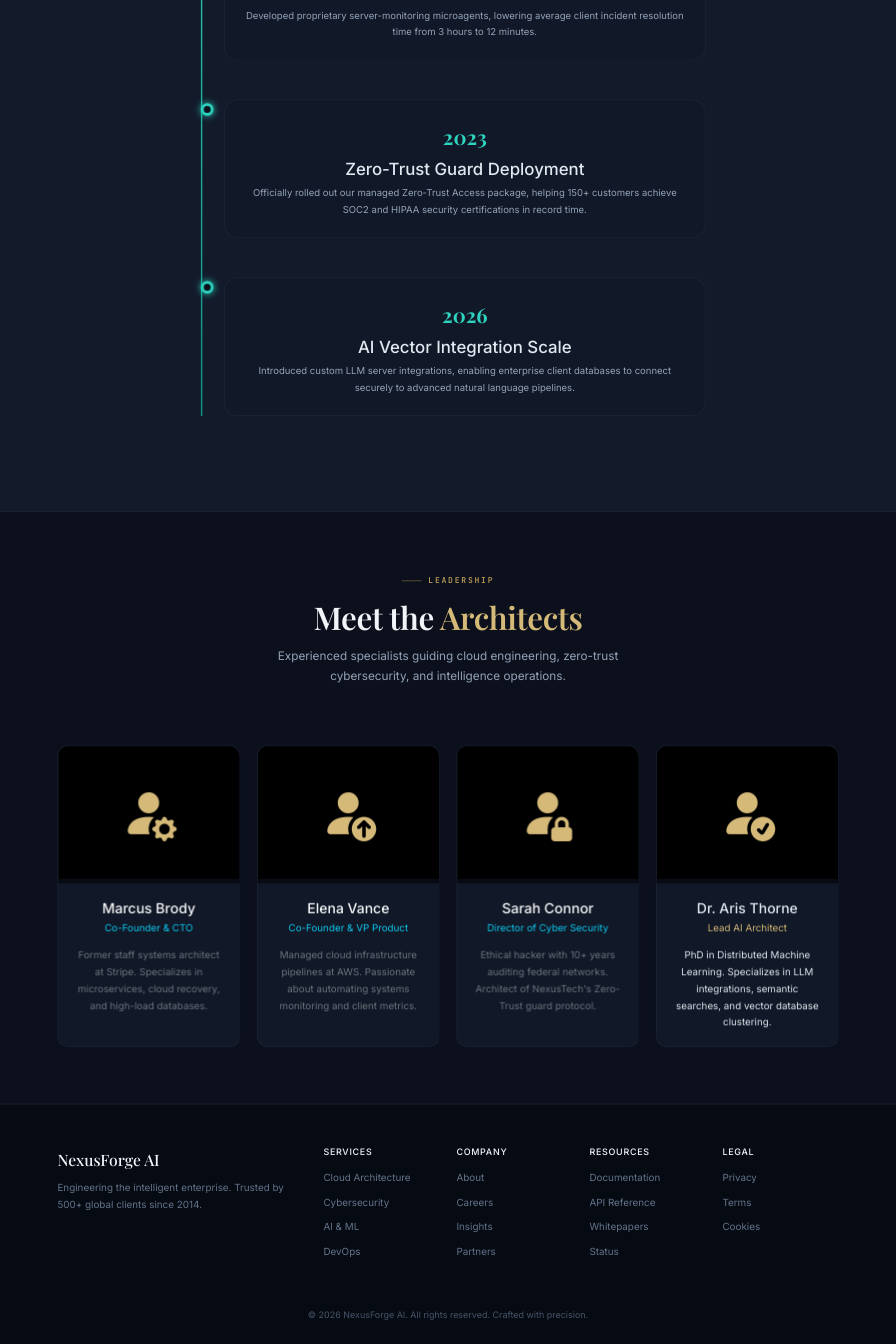
Repository: ruzni-dev/project-showcase
Page: pages/52-IT-Solutions-Website/pages/about.html
An editor plug-in stored every save of this project. The page is shown before and after the next save, followed by the edit.
The browser window is 1280 px wide. The pictures show the part of the page from y = 1405 to 3325 px (the page is 3325 px tall), at 70% of full size.
Some web fonts or font styles are not loaded; a fallback is used.

Above is the page before, as saved 2026-05-24 23:26:33.

### pages/52-IT-Solutions-Website/pages/about.html
<!DOCTYPE html>
<html lang="en">
<head>
    <meta charset="UTF-8">
    <meta name="viewport" content="width=device-width, initial-scale=1.0">
    <title>NexusForge AI — Premium IT Solutions & Intelligent Automation</title>
    <link rel="icon" type="image/svg+xml" href="../assets/images/favicon.svg">
    <link rel="apple-touch-icon" href="../assets/images/favicon.svg">

    <!-- Bootstrap 5.3 CSS -->
    <link href="https://cdn.jsdelivr.net/npm/bootstrap@5.3.2/dist/css/bootstrap.min.css" rel="stylesheet">
    <!-- Bootstrap Icons -->
    <link href="https://cdn.jsdelivr.net/npm/bootstrap-icons@1.11.3/font/bootstrap-icons.css" rel="stylesheet">
    <!-- Google Fonts: Premium Typography -->
    <link href="https://fonts.googleapis.com/css2?family=Inter:wght@300;400;500;600;700;800;900&family=Playfair+Display:ital,wght@0,500;0,600;0,700;1,500&family=JetBrains+Mono:wght@400;500;600&display=swap" rel="stylesheet">
    <!-- AOS Animation -->
    <link href="https://unpkg.com/aos@2.3.1/dist/aos.css" rel="stylesheet">
    <!-- Custom Theme CSS -->
    <link href="../assets/css/style.css" rel="stylesheet">
</head>
<body>

    <!-- ==================== NAVBAR ==================== -->
    <nav class="navbar navbar-expand-lg fixed-top" id="mainNav">
        <div class="container">
            <a class="navbar-brand" href="../index.html">
                <div class="brand-mark"><i class="bi bi-cpu-fill"></i></div>
                <span>NexusForge AI</span>
            </a>
            <button class="navbar-toggler" type="button" data-bs-toggle="collapse" data-bs-target="#navContent">
                <span class="navbar-toggler-icon"></span>
            </button>
            <div class="collapse navbar-collapse" id="navContent">
                <ul class="navbar-nav mx-auto mb-2 mb-lg-0 gap-1">
                    <li class="nav-item"><a class="nav-link" href="../index.html" data-page="home">Home</a></li>
                    <li class="nav-item"><a class="nav-link active" href="about.html#about" data-page="about">About</a></li>
                    <li class="nav-item"><a class="nav-link" href="services.html" data-page="services">Services</a></li>
                    <li class="nav-item"><a class="nav-link" href="portfolio.html" data-page="portfolio">Portfolio</a></li>
                    <li class="nav-item"><a class="nav-link" href="ai-solutions.html" data-page="ai-solutions">AI Solutions</a></li>
                    <li class="nav-item"><a class="nav-link" href="contact.html" data-page="contact">Contact</a></li>
                </ul>
                <a href="#contact" class="btn-nav">Start a Project <i class="bi bi-arrow-right ms-1"></i></a>
            </div>
        </div>
    </nav>

    <!-- ==================== PAGE 2: ABOUT ==================== -->
    <section class="page-section dark-page" id="about">
        <div class="container">
            <div class="row align-items-center g-5">
                <div class="col-lg-5" data-aos="fade-right" data-aos-duration="900">
                    <span class="section-eyebrow">Our Story</span>
                    <h2 class="section-title">A decade of <span class="accent">excellence</span> in technology consulting</h2>
                    <p class="section-subtitle">
                        Founded in 2014 by a team of MIT and Stanford engineers, NexusForge AI has grown from a boutique consultancy into a global technology partner. We combine deep technical expertise with strategic vision to solve the most complex challenges.
                    </p>
                    <div class="d-flex gap-4 mt-4 flex-wrap">
                        <div><strong style="font-size:1.6rem;color:#f1f5f9;">280+</strong><br><small style="color:var(--slate-500);">Engineers & Data Scientists</small></div>
                        <div><strong style="font-size:1.6rem;color:#f1f5f9;">12</strong><br><small style="color:var(--slate-500);">Global Offices</small></div>
                        <div><strong style="font-size:1.6rem;color:#f1f5f9;">40+</strong><br><small style="color:var(--slate-500);">Countries Served</small></div>
                    </div>
                </div>
                <div class="col-lg-7" data-aos="fade-left" data-aos-duration="1000">
                    <div class="row g-3">
                        <div class="col-6">
                            <div style="background:var(--bg-card);border:1px solid var(--border-subtle);border-radius:var(--radius-md);padding:20px;text-align:center;">
                                <i class="bi bi-trophy-fill" style="font-size:2rem;color:var(--gold);"></i>
                                <h6 class="mt-2" style="color:#f1f5f9;">Forbes Tech Council</h6>
                                <small style="color:var(--slate-500);">Member since 2019</small>
                            </div>
                        </div>
                        <div class="col-6">
                            <div style="background:var(--bg-card);border:1px solid var(--border-subtle);border-radius:var(--radius-md);padding:20px;text-align:center;">
                                <i class="bi bi-shield-check-fill" style="font-size:2rem;color:var(--teal);"></i>
                                <h6 class="mt-2" style="color:#f1f5f9;">ISO 27001 Certified</h6>
                                <small style="color:var(--slate-500);">Security Excellence</small>
                            </div>
                        </div>
                        <div class="col-6">
                            <div style="background:var(--bg-card);border:1px solid var(--border-subtle);border-radius:var(--radius-md);padding:20px;text-align:center;">
                                <i class="bi bi-award-fill" style="font-size:2rem;color:var(--gold-light);"></i>
                                <h6 class="mt-2" style="color:#f1f5f9;">Gartner Recognized</h6>
                                <small style="color:var(--slate-500);">AI Consultancy Leader</small>
                            </div>
                        </div>
                        <div class="col-6">
                            <div style="background:var(--bg-card);border:1px solid var(--border-subtle);border-radius:var(--radius-md);padding:20px;text-align:center;">
                                <i class="bi bi-globe2" style="font-size:2rem;color:var(--teal);"></i>
                                <h6 class="mt-2" style="color:#f1f5f9;">Global Delivery</h6>
                                <small style="color:var(--slate-500);">24/7 Operations</small>
                            </div>
                        </div>
                    </div>
                </div>
            </div>
        </div>
    </section>

    <!-- Company History Timeline -->
    <section class="page-section elevated-page" id="about">
        <div class="container" id="history">
            <div class="section-header-centered" data-aos="fade-up">
                <span class="section-eyebrow">Milestones</span>
                <h2 class="section-title">Our <span class="accent-teal">Journey</span></h2>
                <p class="section-subtitle">From a shared home office to scaling worldwide digital systems.</p>
            </div>
            <div class="row justify-content-center mt-5">
                <div class="col-lg-8">
                    <div class="timeline">
                        <div class="timeline-item" data-aos="zoom-in" data-aos-delay="0">
                            <div class="timeline-dot"></div>
                            <div class="ai-tool-card-premium">
                                <div class="timeline-year">2019</div>
                                <h4>Founded in San Francisco</h4>
                                <p>
                                    Started by Marcus Brody and Elena Vance as a specialized consulting agency troubleshooting server load crashes for early-stage fintech products.
                                </p>
                            </div>
                        </div>
                        <div class="timeline-item" data-aos="zoom-in" data-aos-delay="100">
                            <div class="timeline-dot"></div>
                            <div class="ai-tool-card-premium">
                                <div class="timeline-year">2021</div>
                                <h4>Infrastructual Automation Release</h4>
                                <p>
                                    Developed proprietary server-monitoring microagents, lowering average client incident resolution time from 3 hours to 12 minutes.
                                </p>
                            </div>
                        </div>
                        <div class="timeline-item" data-aos="zoom-in" data-aos-delay="200">
                            <div class="timeline-dot"></div>
                            <div class="ai-tool-card-premium">
                                <div class="timeline-year">2023</div>
                                <h4>Zero-Trust Guard Deployment</h4>
                                <p>
                                    Officially rolled out our managed Zero-Trust Access package, helping 150+ customers achieve SOC2 and HIPAA security certifications in record time.
                                </p>
                            </div>
                        </div>
                        <div class="timeline-item" data-aos="zoom-in" data-aos-delay="300">
                            <div class="timeline-dot"></div>
                            <div class="ai-tool-card-premium">
                                <div class="timeline-year">2026</div>
                                <h4>AI Vector Integration Scale</h4>
                                <p>
                                    Introduced custom LLM server integrations, enabling enterprise client databases to connect securely to advanced natural language pipelines.
                                </p>
                            </div>
                        </div>
                    </div>
                </div>
            </div>
        </div>
    </section>

    <!-- Team Grid Section -->
    <section class="page-section dark-page" id="about">
        <div class="container" id="team">
            <div class="section-header-centered" data-aos="fade-up">
                <span class="section-eyebrow">Leadership</span>
                <h2 class="section-title">Meet the <span class="accent">Architects</span></h2>
                <p class="section-subtitle">Experienced specialists guiding cloud engineering, zero-trust cybersecurity, and intelligence operations.</p>
            </div>
            <div class="row g-4 mt-4">
                <!-- Member 1 -->
                <div class="col-xl-3 col-md-6" data-aos="zoom-in" data-aos-delay="0">
                    <div class="team-card h-100">
                        <div class="team-img-wrapper text-center bg-black bg-opacity-30 d-flex align-items-center justify-content-center py-5">
                            <!-- Inline Premium Avatar Icon Graphic -->
                            <div class="service-icon-wrap">
                                <i class="bi bi-person-fill-gear"></i>
                            </div>
                            <div class="team-socials">
                                <a href="#" class="team-social-link"><i class="bi bi-linkedin"></i></a>
                                <a href="#" class="team-social-link"><i class="bi bi-github"></i></a>
                                <a href="#" class="team-social-link"><i class="bi bi-twitter-x"></i></a>
                            </div>
                        </div>
                        <div class="p-4 text-center">
                            <h5 class="mb-1 text-light">Marcus Brody</h5>
                            <p class="text-info small mb-3">Co-Founder & CTO</p>
                            <p class="text-secondary small mb-0">Former staff systems architect at Stripe. Specializes in microservices, cloud recovery, and high-load databases.</p>
                        </div>
                    </div>
                </div>

                <!-- Member 2 -->
                <div class="col-xl-3 col-md-6" data-aos="zoom-in" data-aos-delay="0">
                    <div class="team-card h-100">
                        <div class="team-img-wrapper text-center bg-black bg-opacity-30 d-flex align-items-center justify-content-center py-5">
                            <div class="service-icon-wrap">
                                <i class="bi bi-person-fill-up"></i>
                            </div>
                            <div class="team-socials">
                                <a href="#" class="team-social-link"><i class="bi bi-linkedin"></i></a>
                                <a href="#" class="team-social-link"><i class="bi bi-twitter-x"></i></a>
                            </div>
                        </div>
                        <div class="p-4 text-center">
                            <h5 class="mb-1 text-light">Elena Vance</h5>
                            <p class="text-info small mb-3">Co-Founder & VP Product</p>
                            <p class="text-secondary small mb-0">Managed cloud infrastructure pipelines at AWS. Passionate about automating systems monitoring and client metrics.</p>
                        </div>
                    </div>
                </div>

                <!-- Member 3 -->
                <div class="col-xl-3 col-md-6">
                    <div class="team-card h-100">
                        <div class="team-img-wrapper text-center bg-black bg-opacity-30 d-flex align-items-center justify-content-center py-5">
                            <div class="service-icon-wrap">
                                <i class="bi bi-person-fill-lock"></i>
                            </div>
                            <div class="team-socials">
                                <a href="#" class="team-social-link"><i class="bi bi-linkedin"></i></a>
                                <a href="#" class="team-social-link"><i class="bi bi-github"></i></a>
                            </div>
                        </div>
                        <div class="p-4 text-center">
                            <h5 class="mb-1 text-light">Sarah Connor</h5>
                            <p class="text-info small mb-3">Director of Cyber Security</p>
                            <p class="text-secondary small mb-0">Ethical hacker with 10+ years auditing federal networks. Architect of NexusTech's Zero-Trust guard protocol.</p>
                        </div>
                    </div>
                </div>

                <!-- Member 4 -->
                <div class="col-xl-3 col-md-6">
                    <div class="team-card h-100">
                        <div class="team-img-wrapper text-center bg-black bg-opacity-30 d-flex align-items-center justify-content-center py-5">
                            <div class="service-icon-wrap">
                                <i class="bi bi-person-fill-check"></i>
                            </div>
                            <div class="team-socials">
                                <a href="#" class="team-social-link"><i class="bi bi-linkedin"></i></a>
                                <a href="#" class="team-social-link"><i class="bi bi-github"></i></a>
                            </div>
                        </div>
                            <div class="p-4 text-center">
                            <h5 class="mb-1">Dr. Aris Thorne</h5>
                            <p class="gold-text small mb-3">Lead AI Architect</p>
                            <p class="small mb-0">PhD in Distributed Machine Learning. Specializes in LLM integrations, semantic searches, and vector database clustering.</p>
                        </div>
                    </div>
                </div>

            </div>
        </div>
    </section>

    <!-- ==================== FOOTER ==================== -->
    <footer class="footer-premium">
        <div class="container">
            <div class="row g-4">
                <div class="col-lg-4 mb-3">
                    <a class="footer-brand" href="#home">NexusForge AI</a>
                    <p style="color:var(--slate-500);font-size:0.88rem;margin-top:8px;">Engineering the intelligent enterprise. Trusted by 500+ global clients since 2014.</p>
                </div>
                <div class="col-6 col-md-3 col-lg-2">
                    <h6 style="color:#f1f5f9;font-size:0.8rem;text-transform:uppercase;letter-spacing:1px;margin-bottom:14px;">Services</h6>
                    <ul class="footer-links">
                        <li><a href="#">Cloud Architecture</a></li>
                        <li><a href="#">Cybersecurity</a></li>
                        <li><a href="#">AI & ML</a></li>
                        <li><a href="#">DevOps</a></li>
                    </ul>
                </div>
                <div class="col-6 col-md-3 col-lg-2">
                    <h6 style="color:#f1f5f9;font-size:0.8rem;text-transform:uppercase;letter-spacing:1px;margin-bottom:14px;">Company</h6>
                    <ul class="footer-links">
                        <li><a href="#about">About</a></li>
                        <li><a href="#">Careers</a></li>
                        <li><a href="#">Insights</a></li>
                        <li><a href="#">Partners</a></li>
                    </ul>
                </div>
                <div class="col-6 col-md-3 col-lg-2">
                    <h6 style="color:#f1f5f9;font-size:0.8rem;text-transform:uppercase;letter-spacing:1px;margin-bottom:14px;">Resources</h6>
                    <ul class="footer-links">
                        <li><a href="#">Documentation</a></li>
                        <li><a href="#">API Reference</a></li>
                        <li><a href="#">Whitepapers</a></li>
                        <li><a href="#">Status</a></li>
                    </ul>
                </div>
                <div class="col-6 col-md-3 col-lg-2">
                    <h6 style="color:#f1f5f9;font-size:0.8rem;text-transform:uppercase;letter-spacing:1px;margin-bottom:14px;">Legal</h6>
                    <ul class="footer-links">
                        <li><a href="#">Privacy</a></li>
                        <li><a href="#">Terms</a></li>
                        <li><a href="#">Cookies</a></li>
                    </ul>
                </div>
            </div>
            <hr style="border-color:rgba(255,255,255,0.05);margin:30px 0 20px;">
            <div class="text-center" style="color:var(--slate-600);font-size:0.8rem;">
                &copy; 2026 NexusForge AI. All rights reserved. Crafted with precision.
            </div>
        </div>
    </footer>

    <!-- ==================== AI CHAT WIDGET ==================== -->
    <div class="ai-chat-fab" id="aiChatFab">
        <div class="chat-panel" id="chatPanel">
            <div class="chat-panel-header">
                <span class="online-dot"></span>
                <strong>Nexus AI Assistant</strong>
                <small style="opacity:0.6;margin-left:auto;font-size:0.7rem;">GPT-4o</small>
                <button style="background:none;border:none;color:#fff;cursor:pointer;font-size:1.1rem;margin-left:8px;" onclick="toggleChatPanel()"><i class="bi bi-x-lg"></i></button>
            </div>
            <div class="chat-messages" id="chatMessages">
                <div class="chat-msg bot">
                    👋 Welcome to NexusForge AI. I'm your dedicated assistant. How may I help you today? You can ask about our services, case studies, or request a consultation.
                </div>
            </div>
            <div class="chat-input-row">
                <input type="text" id="chatInputField" placeholder="Type your message..." onkeypress="if(event.key==='Enter')sendPremiumChat()">
                <button onclick="sendPremiumChat()"><i class="bi bi-send-fill"></i></button>
            </div>
        </div>
        <button class="chat-fab-btn" onclick="toggleChatPanel()" id="chatFabBtn">
            <i class="bi bi-robot"></i>
            <span class="pulse-ring"></span>
        </button>
    </div>

    <!-- ==================== SCRIPTS ==================== -->
    <script src="https://cdn.jsdelivr.net/npm/bootstrap@5.3.2/dist/js/bootstrap.bundle.min.js"></script>
    <script src="https://unpkg.com/aos@2.3.1/dist/aos.js"></script>
    <script src="../assets/js/script.js"></script>
</body>
</html>

Loaded but not shown: pages/52-IT-Solutions-Website/assets/js/script.js (231 lines, source omitted); pages/52-IT-Solutions-Website/assets/css/style.css (1274 lines, source omitted)

After the next save:
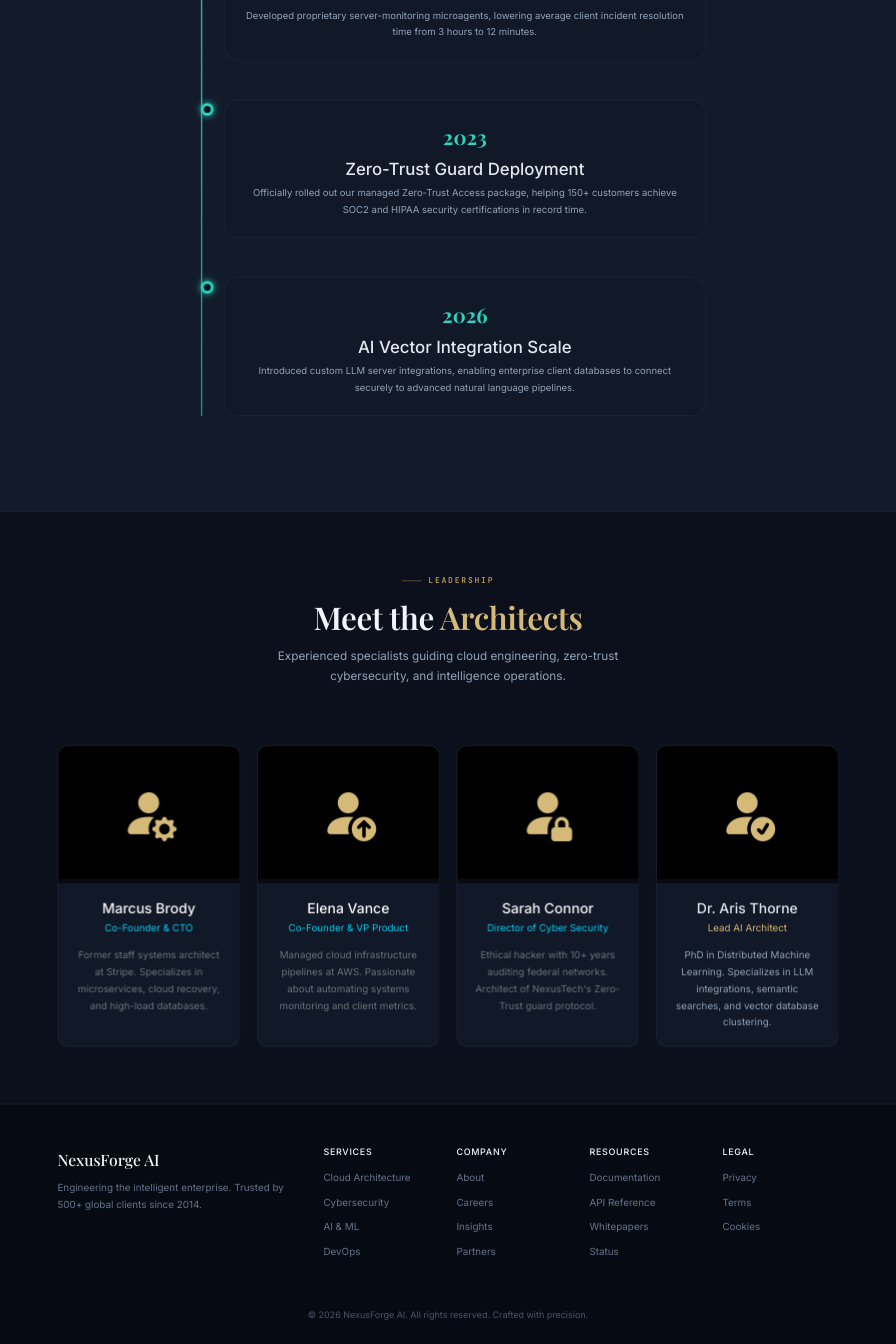
Saved 22 s later.
--- a/pages/52-IT-Solutions-Website/pages/about.html
+++ b/pages/52-IT-Solutions-Website/pages/about.html
@@ -239,7 +239,7 @@
                             <div class="p-4 text-center">
                             <h5 class="mb-1">Dr. Aris Thorne</h5>
                             <p class="gold-text small mb-3">Lead AI Architect</p>
-                            <p class="small mb-0">PhD in Distributed Machine Learning. Specializes in LLM integrations, semantic searches, and vector database clustering.</p>
+                            <p class="text-slate-400 small mb-0">PhD in Distributed Machine Learning. Specializes in LLM integrations, semantic searches, and vector database clustering.</p>
                         </div>
                     </div>
                 </div>
